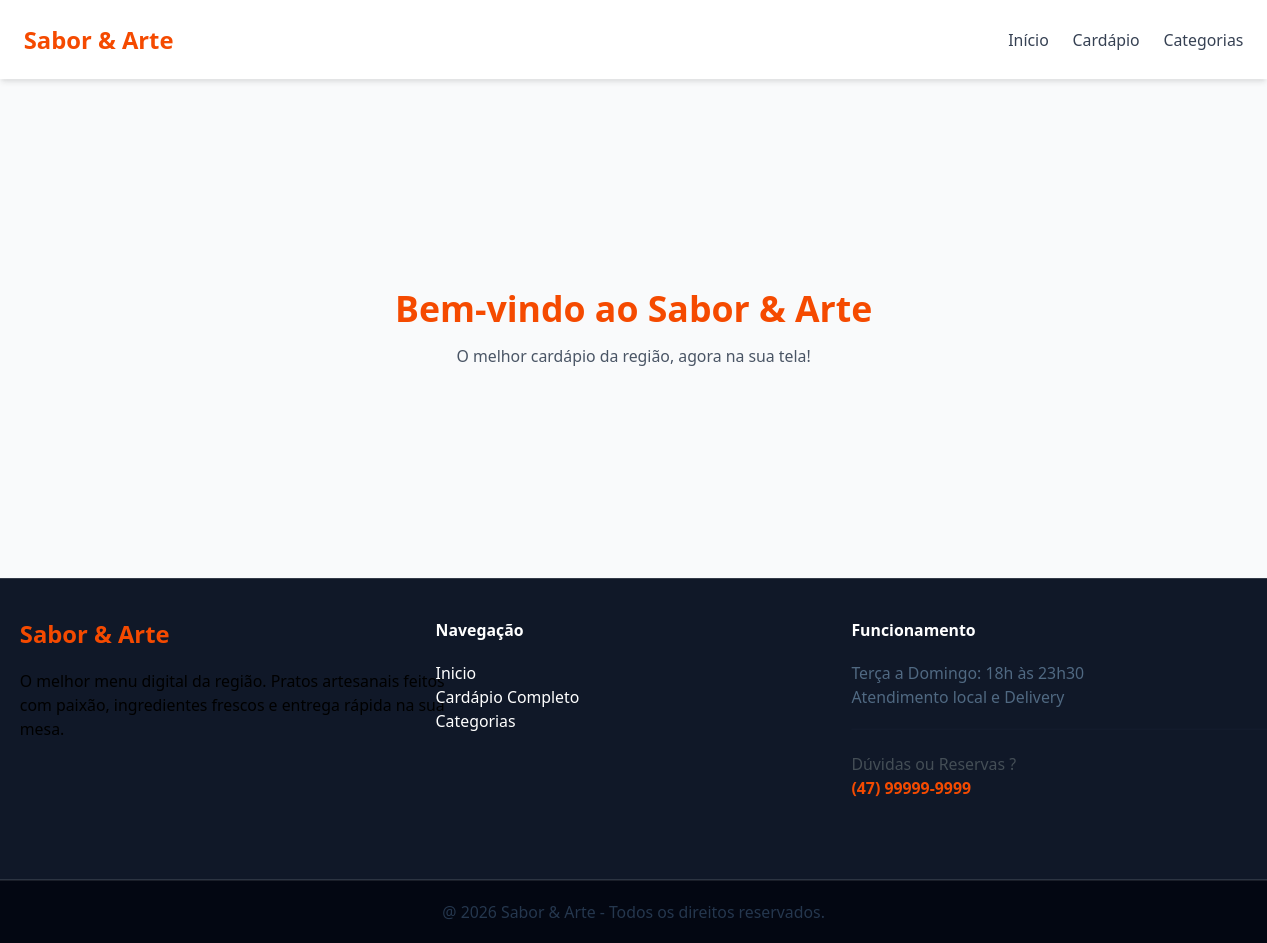
Repository: DiegoWWeege/pair-programming-next-js
Page: / (app in next-js-project/)
The author's editor kept a copy of each file at every save. The page is drawn from the files as they stood at one save, then again after the next save.
The browser window is 1280 px wide. The pictures show the whole page, at 99% of full size.
The project was rebuilt for these pictures with package versions that can differ from the ones it lists, and the page was loaded fresh each time. The framework's server and built-in components were replaced by stand-ins that run in the browser. Also part of the build but not shown: next-js-project/next.config.ts.

Above is the page before, as saved 2026-09-18 18:59:31.

After the next save:
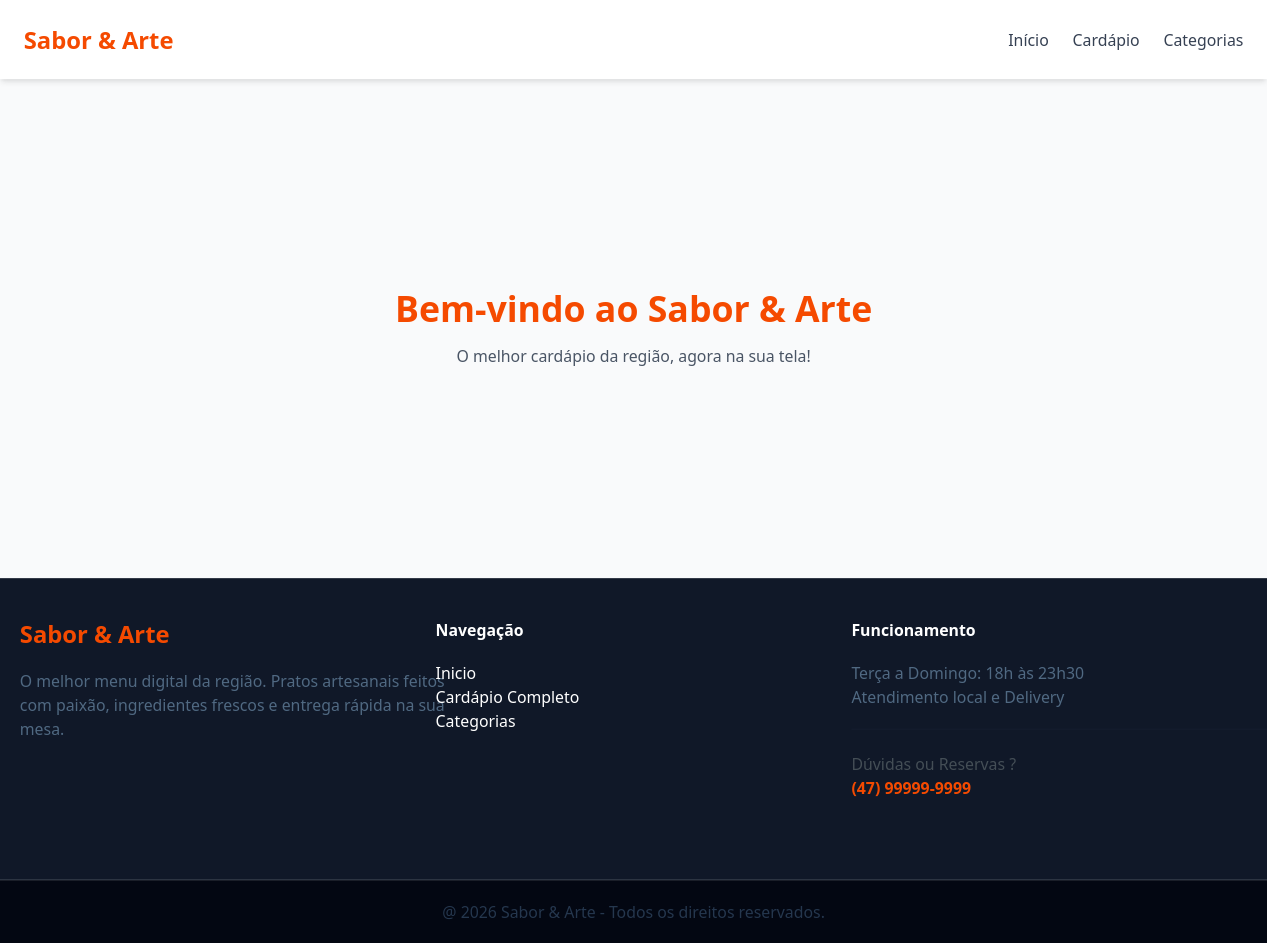
Saved 50 s later.
--- a/next-js-project/src/components/Footer.tsx
+++ b/next-js-project/src/components/Footer.tsx
@@ -11,7 +11,7 @@ export default function Footer(){
                         Sabor & Arte
                     </h2>
 
-                    <p className="w-110 mb-5 w-60 text-c">
+                    <p className="w-110 mb-5 w-60 text-[#506982]">
                         O melhor menu digital da região. Pratos artesanais feitos com
                         paixão, ingredientes frescos e entrega rápida na sua mesa.
                     </p>
